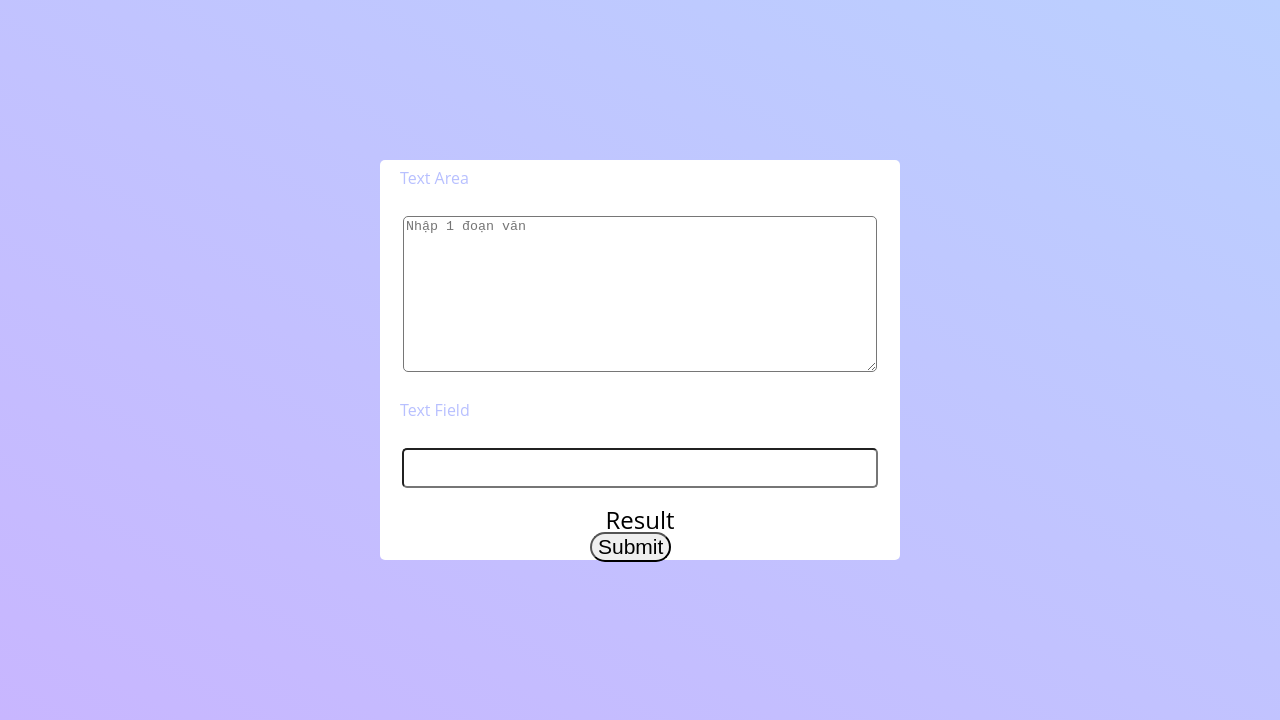
Repository: letrongtinh27/LapTrinhWeb
Page: Lab4.4/index.html
An editor plug-in stored every save of this project. The page is shown before and after the next save, followed by the edit.
The browser window is 1280 px wide. The pictures show the whole page.

Above is the page before, as saved 2022-10-15 08:15:40.

After the next save:
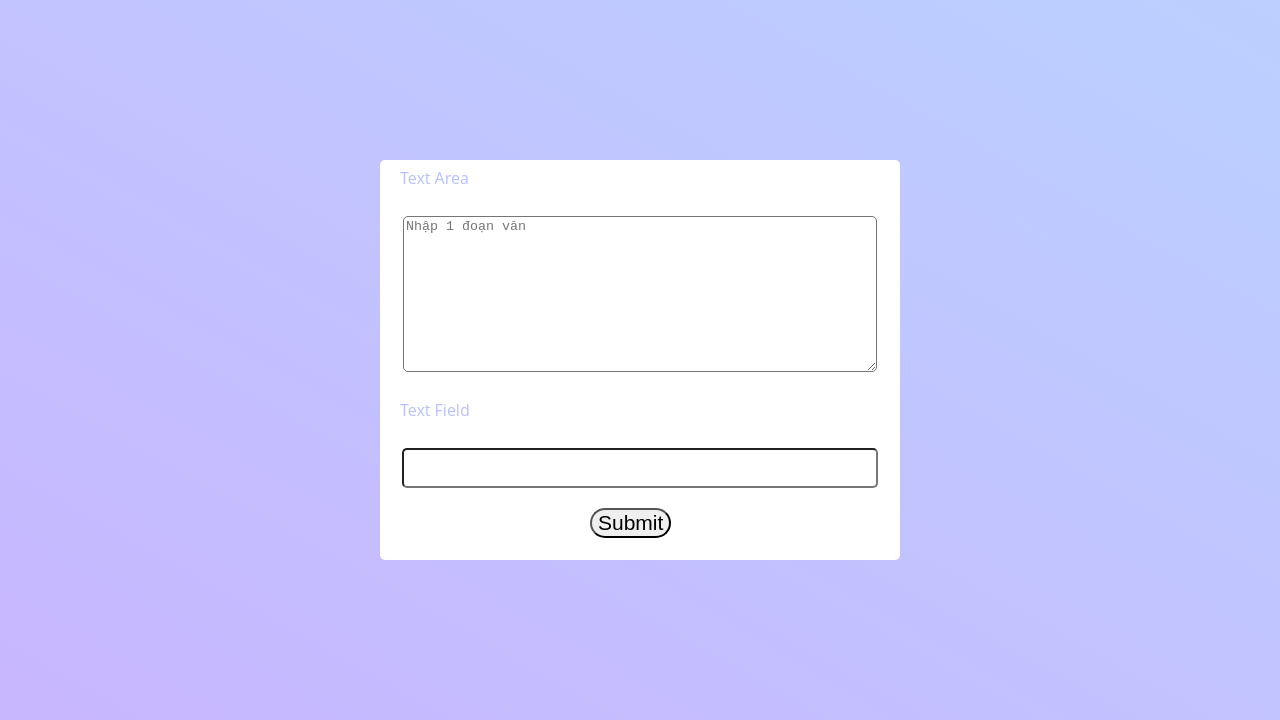
Saved 54 s later.
--- a/Lab4.4/index.html
+++ b/Lab4.4/index.html
@@ -18,9 +18,6 @@
         <div class="text-field">
             <input type="text" id="text__field">
         </div>
-        <div class="lable__results">
-            <label for="" id="result">Result</label>
-        </div>
         <div class="btn-input"><button id="btn">Submit</button></div>
     </div>
 
